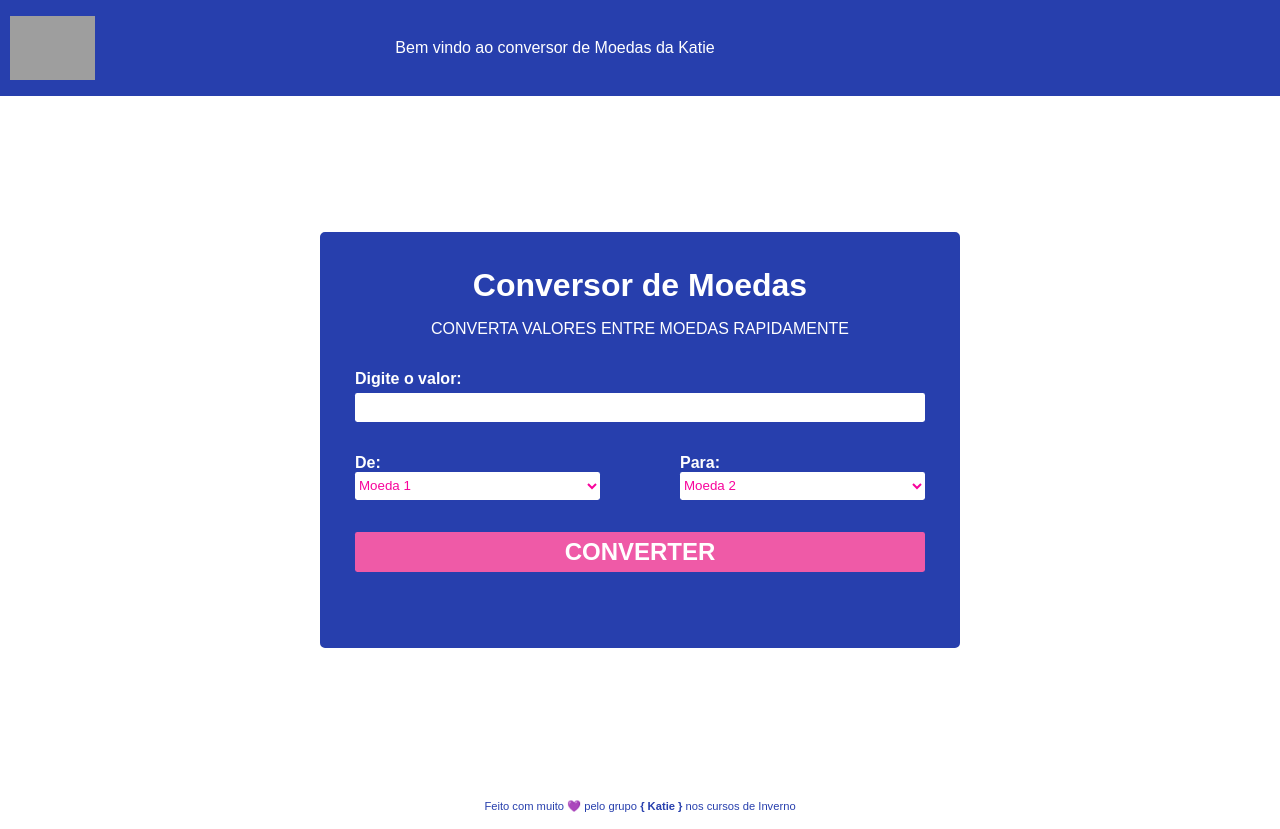
Repository: willamesalmeida/Conversor-de-Moedas
Page: index.html
An editor plug-in stored every save of this project. The page is shown before and after the next save, followed by the edit.
The browser window is 1280 px wide. The pictures show the whole page.
Pictures or frames that could not be fetched are drawn as grey boxes.

Above is the page before, as saved 2022-08-07 14:31:54.

After the next save:
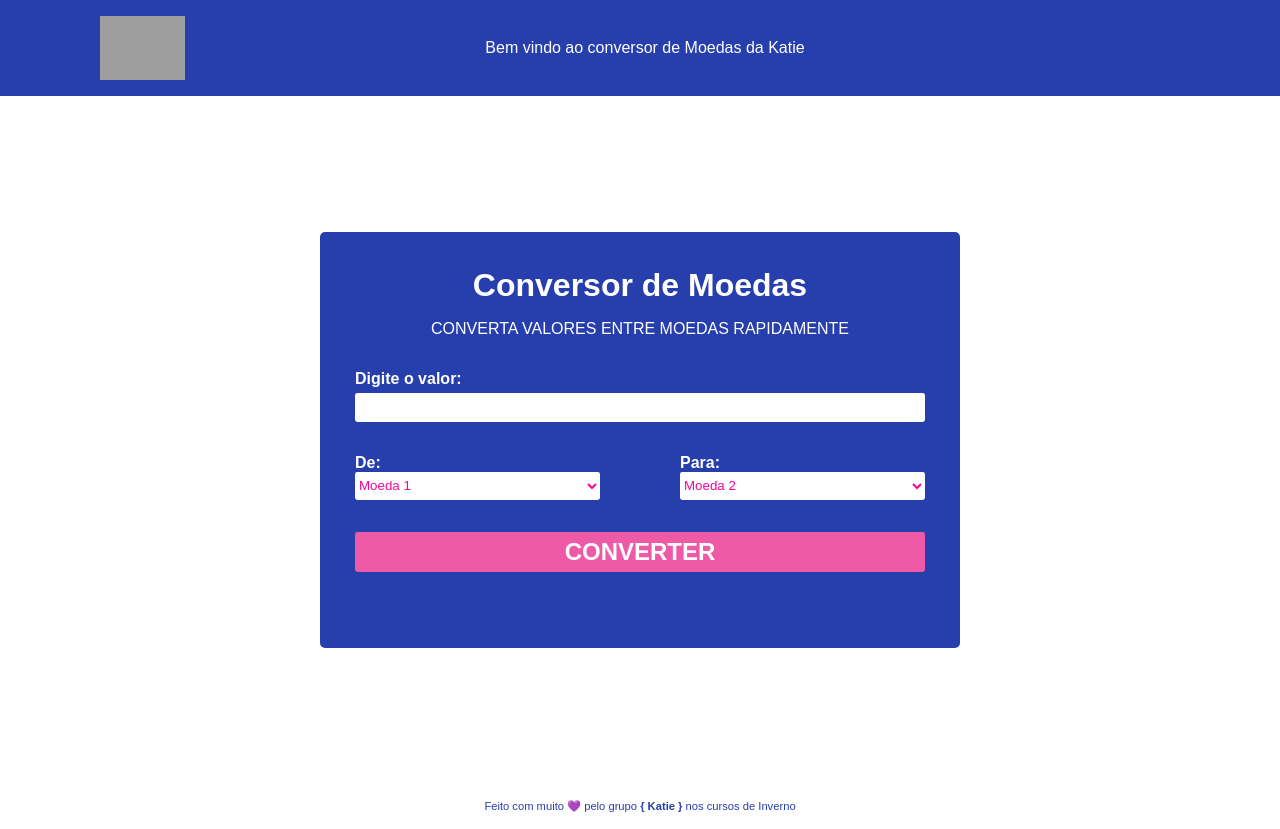
Saved 5 s later.
--- a/styles.css
+++ b/styles.css
@@ -4,7 +4,7 @@
 }
 
 .gif-katie {
-  margin-left: 10px;
+  margin-left: 100px;
   height: 4rem;
 }
 .cabecalho{
